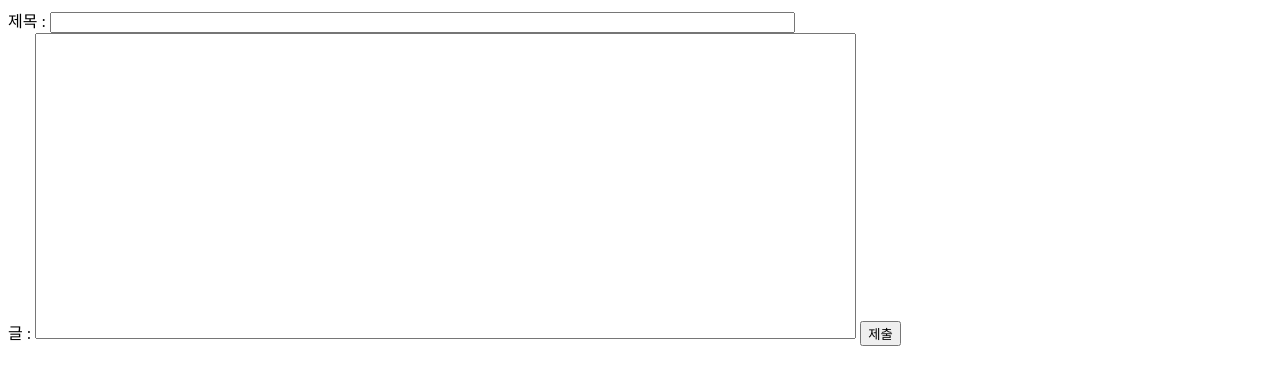
Repository: minimelody/servlet
Page: http://localhost/web2/views/notice/noticeWriteReady.jsp
These files come from the project's save history. The page is drawn as it stood at one moment and after the next save; the edit follows.
The browser window is 1280 px wide. The pictures show the whole page.
The page is served by Tomcat 9. Other server files are loaded and not shown.

Above is the page before, as saved 2018-05-29 06:15:50.

### webworkspace2/web2/WebContent/views/notice/noticeWriteReady.jsp
<%@ page language="java" contentType="text/html; charset=UTF-8"
    pageEncoding="UTF-8"%>
<!DOCTYPE html PUBLIC "-//W3C//DTD HTML 4.01 Transitional//EN" "http://www.w3.org/TR/html4/loose.dtd">
<html>
<head>
<meta http-equiv="Content-Type" content="text/html; charset=UTF-8">
<title>공지사항 작성</title>
</head>
<body>
<form action="noticeWrite" method="post">
	제목 : <input type="text" name="subject" size=90><br>
	글 : <textarea rows="20" cols="100" name="contents" style="resize:none;"></textarea>
	<input type="submit" value="제출">
</form>
</body>
</html>

After the next save:
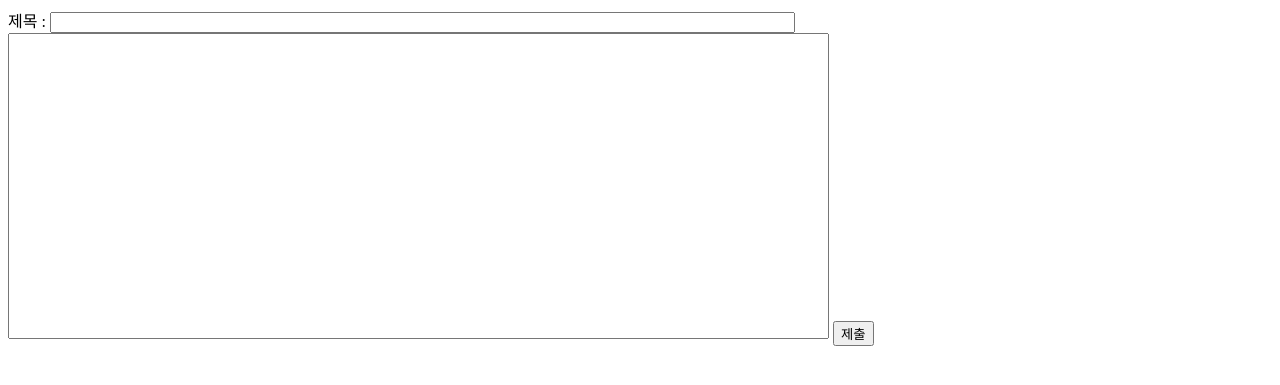
Saved 29 s later.
--- a/webworkspace2/web2/WebContent/views/notice/noticeWriteReady.jsp
+++ b/webworkspace2/web2/WebContent/views/notice/noticeWriteReady.jsp
@@ -9,7 +9,7 @@
 <body>
 <form action="noticeWrite" method="post">
 	제목 : <input type="text" name="subject" size=90><br>
-	글 : <textarea rows="20" cols="100" name="contents" style="resize:none;"></textarea>
+	<textarea rows="20" cols="100" name="contents" style="resize:none;"></textarea>
 	<input type="submit" value="제출">
 </form>
 </body>
